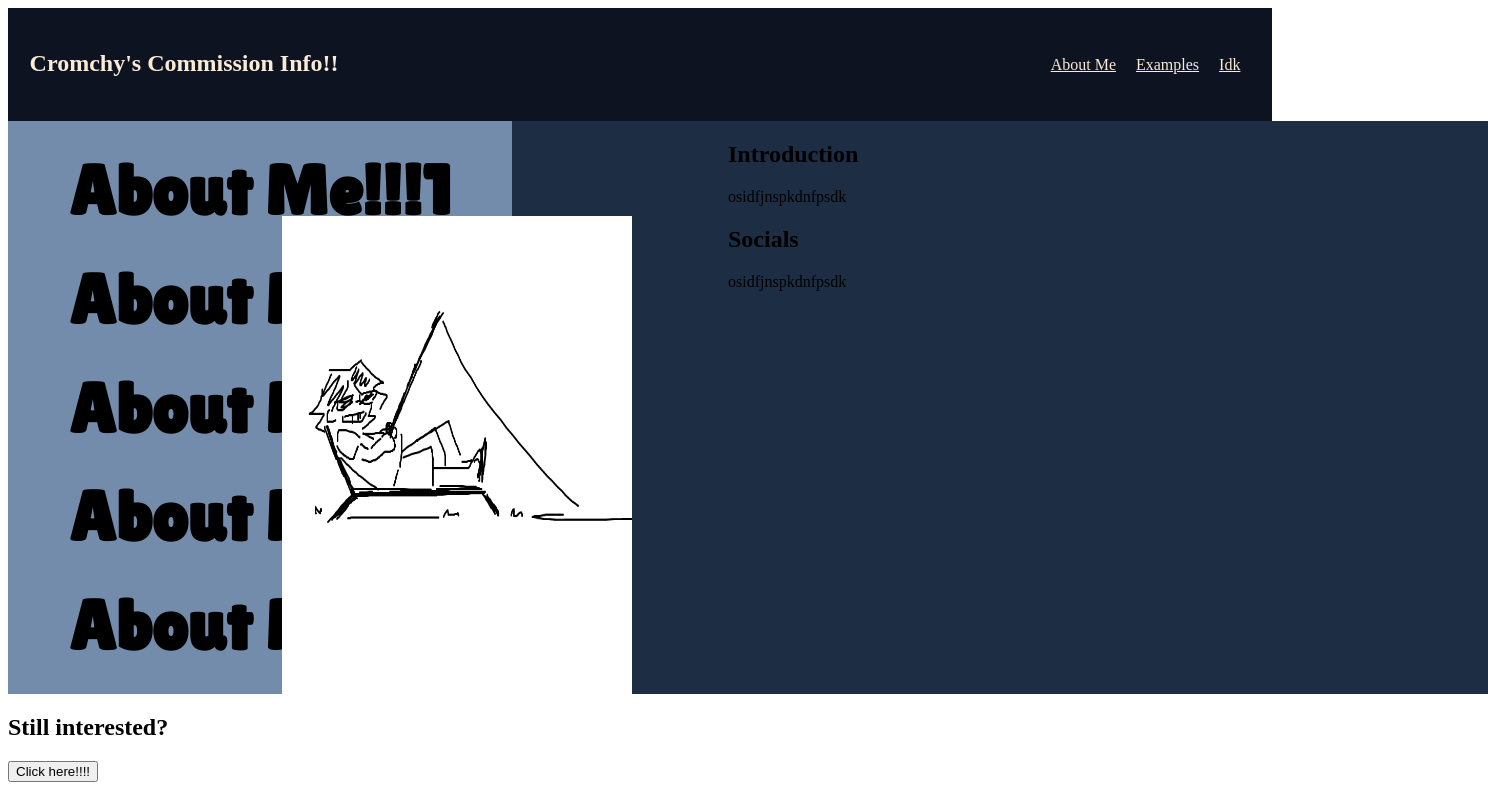
Repository: crackaLack1n/Cromchys_Commission_Site
Page: /
An editor plug-in stored every save of this project. The page is shown before and after a run of saves, followed by the edit.
The browser window is 1280 px wide. The page is 1488 px wide, so the pictures cover 1488 px, including what lies to the right of the window. The pictures show the whole page.
The project was rebuilt for these pictures with package versions that can differ from the ones it lists, and the page was loaded fresh each time. The framework's server and built-in components were replaced by stand-ins that run in the browser. Also part of the build but not shown: next.config.mjs.

Above is the page before, as saved 2024-06-11 15:07:43.

After the next 2 saves:
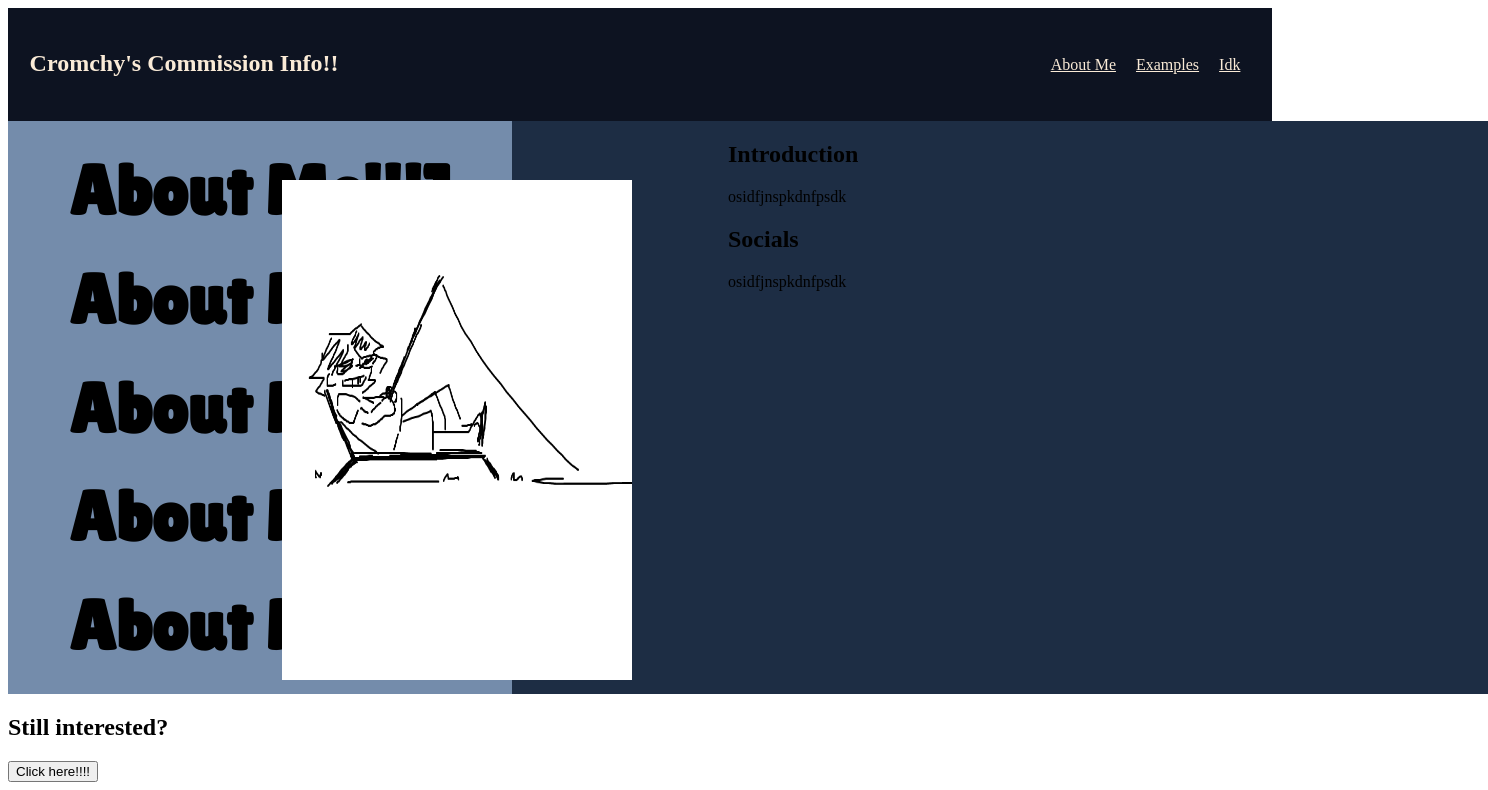
The 2 saves are shown as one change because they came seconds apart.
The last was saved 17 s later.
--- a/styles/Home.module.css
+++ b/styles/Home.module.css
@@ -32,7 +32,7 @@
 
 .image {
   z-index: 1;
-  top: 30%;
+  top: 25%;
   left: 22%;
   position: absolute;
 }
